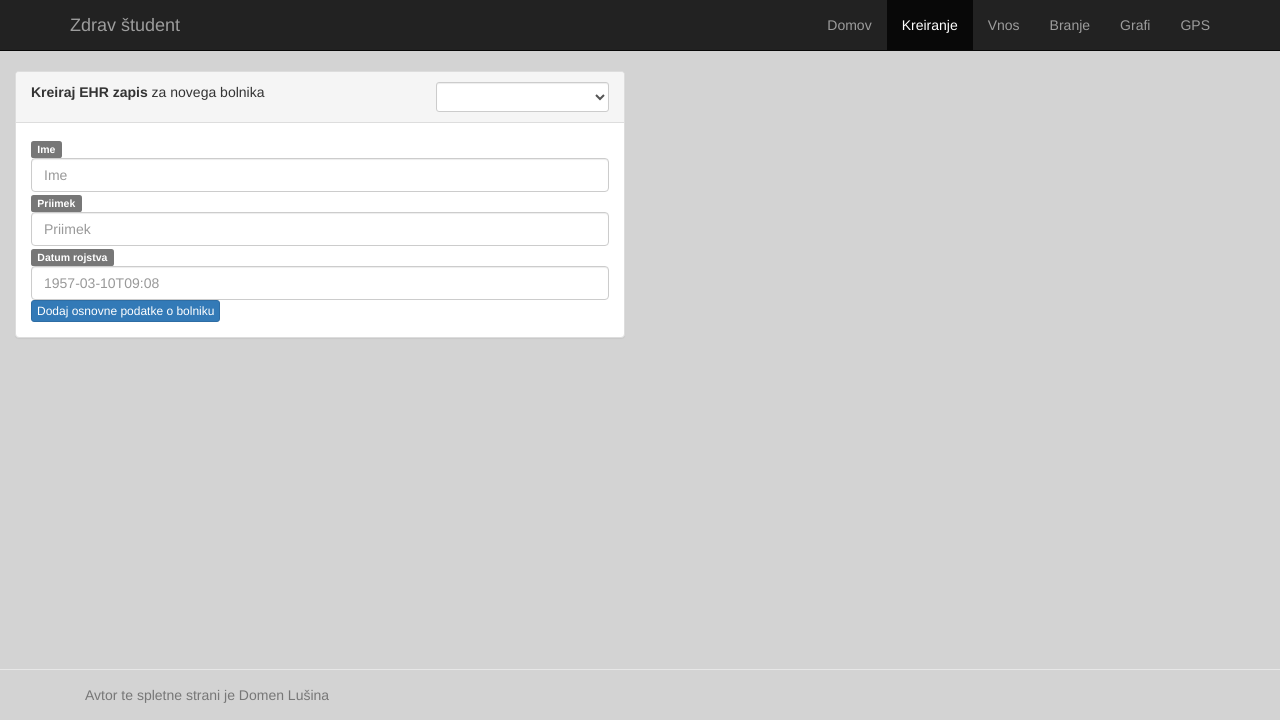
Repository: dl4184/ois-dn4
Page: ustvari.html
The author's editor kept a record of every edit. The page is drawn from the files as they stood at one moment, then again after the next edit.
The browser window is 1280 px wide. The pictures show the whole page.
Some web libraries are served in a nearby version.

Above is the page before.
Not found: css/styles.css

### ustvari.html
    <!DOCTYPE html>
    <html>
            <head>
                    <title>WebApp ois</title>
                    <meta charset="utf-8">
                    <meta name="viewport" content="width=device-width, initial-scale=1.0">
                    <link href = "css/bootstrap.min.css" rel = "stylesheet">
                    <link href = "css/styles.css" rel = "stylesheet">
            </head>
            <body style="background-color:lightgray">

                    <div class = "navbar navbar-inverse navbar-static-top">
                            <div class = "container">

                                    <a href = "index.html" class = "navbar-brand">Zdrav študent</a>

                                    <button class = "navbar-toggle" data-toggle = "collapse" data-target = ".navHeaderCollapse">
                                            <span class = "icon-bar"></span>
                                            <span class = "icon-bar"></span>
                                            <span class = "icon-bar"></span>
                                    </button>

                                    <div class = "collapse navbar-collapse navHeaderCollapse">

                                            <ul class = "nav navbar-nav navbar-right">

                                                    <li><a href = "index.html">Domov</a></li>
                                                    <li class = "active"><a href = "ustvari.html">Kreiranje</a></li>
                                                    <li><a href = "vnos.html">Vnos</a></li>
                                                    <li><a href = "branje.html">Branje</a></li>
													<li><a href = "grafi.html">Grafi</a></li>
													<li><a href = "gps.html">GPS</a></li>

                                            </ul>

                                    </div>

                            </div>
                    </div>

                    	<div class="col-lg-6 col-md-6 col-sm-6">
                        <div class="panel panel-default">
                        <div class="panel-heading">
                        <div class="row">
                        <div class="col-lg-8 col-md-8 col-sm-8"><b>Kreiraj EHR zapis</b> za novega bolnika</div>
                        <div class="col-lg-4 col-md-4 col-sm-4"><select class="form-control input-sm" id="preberiPredlogoBolnika"><option value=""></option><option value="Pujsa,Pepa,1938-10-30T14:58">Pujsa Pepa</option></select></div>
                        </div>
                        </div>
                        <div class="panel-body">
                        <span class="label label-default">Ime</span><input id="kreirajIme" type="text" class="form-control input-mini" placeholder="Ime">
                        <span class="label label-default">Priimek</span><input id="kreirajPriimek" type="text" class="form-control" placeholder="Priimek">
                        <span class="label label-default">Datum rojstva</span><input id="kreirajDatumRojstva" type="text" class="form-control" placeholder="1957-03-10T09:08">
                        <button type="button" class="btn btn-primary btn-xs" onclick="kreirajEHRzaBolnika()">Dodaj osnovne podatke o bolniku</button><span id="kreirajSporocilo"></span>
                        </div>
                        </div>
                    </div>


					 <div class = "navbar navbar-default navbar-fixed-bottom" style="background-color:lightgray">

                        <div class = "container">
                                <p class = "navbar-text pull-left">Avtor te spletne strani je Domen Lušina</p>
                        </div>

					</div>

                    <script src = "http://ajax.googleapis.com/ajax/libs/jquery/1.10.2/jquery.min.js"></script>
                    <script src = "js/bootstrap.js"></script>

            </body>
    </html>

Loaded but not shown: css/bootstrap.min.css (library); js/bootstrap.js (library)

After the next edit:
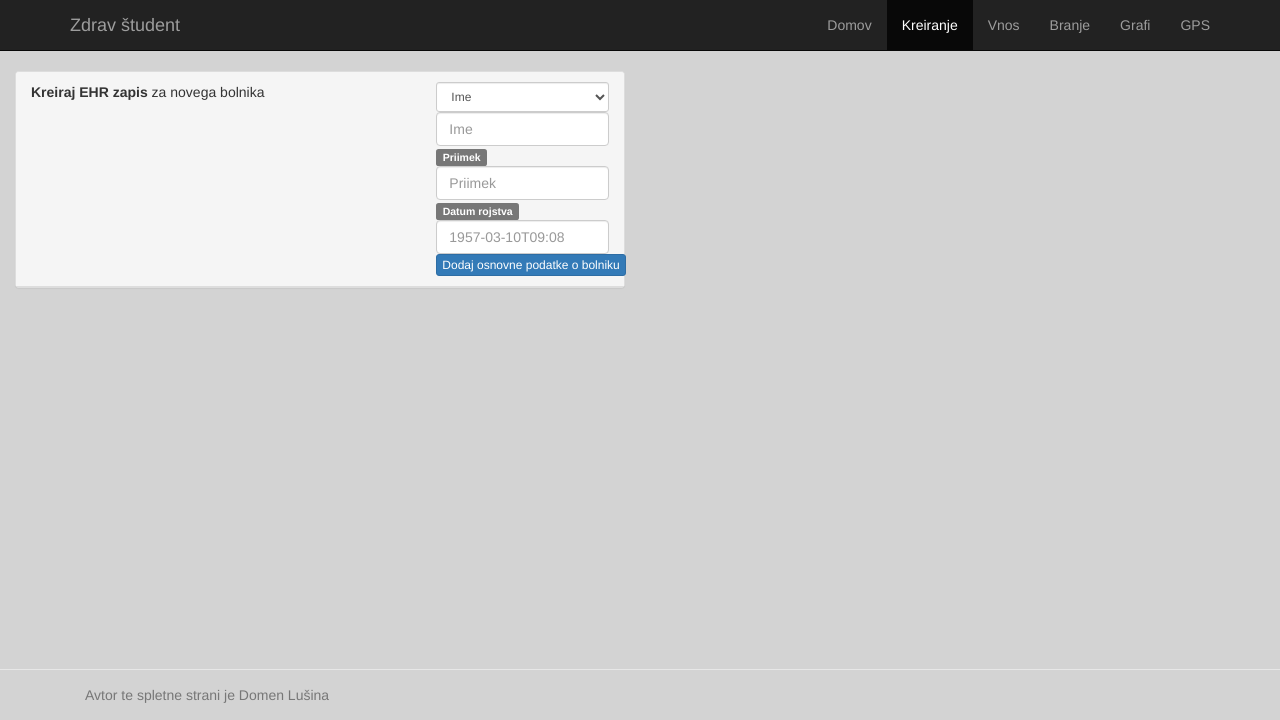
The edit:
--- a/ustvari.html
+++ b/ustvari.html
@@ -43,7 +43,7 @@
                         <div class="panel-heading">
                         <div class="row">
                         <div class="col-lg-8 col-md-8 col-sm-8"><b>Kreiraj EHR zapis</b> za novega bolnika</div>
-                        <div class="col-lg-4 col-md-4 col-sm-4"><select class="form-control input-sm" id="preberiPredlogoBolnika"><option value=""></option><option value="Pujsa,Pepa,1938-10-30T14:58">Pujsa Pepa</option></select></div>
+                        <div class="col-lg-4 col-md-4 col-sm-4"><select class="form-control input-sm" id="preberiPredlogoBolnika"><option value=""></div>
                         </div>
                         </div>
                         <div class="panel-body">
